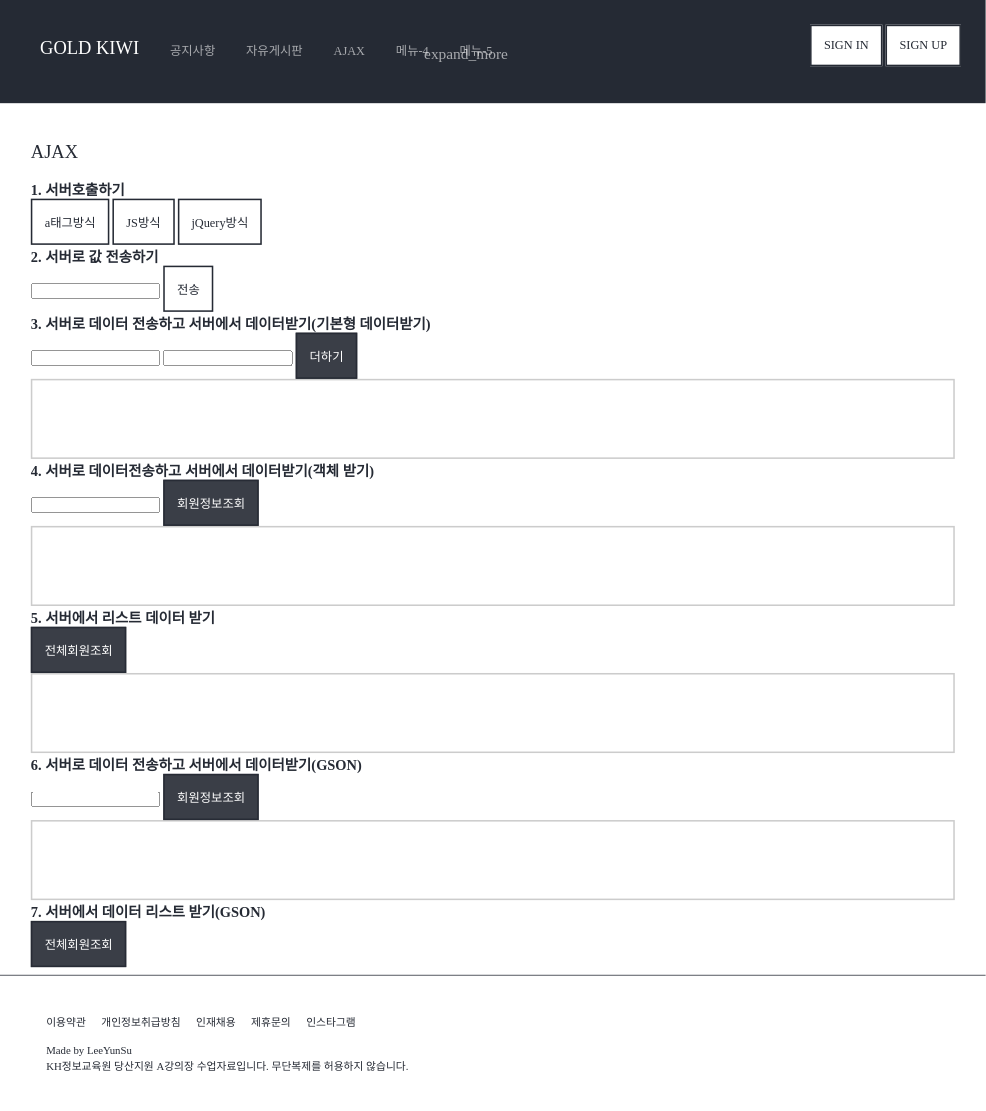
Repository: RiboKim/web-workspace
Page: http://localhost/07_mvc2WebProject/ajax.do
The author's editor kept a copy of each file at every save. The page is drawn from the files as they stood at one save, then again after the next save.
The browser window is 1280 px wide. The pictures show the whole page, at 77% of full size.
Some web fonts or font styles are not loaded; a fallback is used. The page is served by Tomcat 9. Other server files are loaded and not shown.

Above is the page before, as saved 2023-02-21 05:12:51.

### 07_mvc2WebProject/src/main/webapp/WEB-INF/views/etc/ajax.jsp
<%@ page language="java" contentType="text/html; charset=UTF-8"
    pageEncoding="UTF-8"%>
<!DOCTYPE html>
<html>
<head>
<meta charset="UTF-8">
<title>Insert title here</title>
<style>
	.ajaxResult{
		min-height: 100px;
		border : 2px solid #ccc;
	}
</style>
</head>
<body>
	<%@include file="/WEB-INF/views/common/header.jsp" %>
	<div class="page-content">
		<div class="page-title">AJAX</div>
		<h3>1. 서버호출하기</h3>
		<a class="btn bc11" href="/ajaxTest1.do">a태그방식</a>
		<button class="btn bc11" id="js">JS방식</button>
		<button class="btn bc11" id="jQ1">jQuery방식</button>

		<h3>2. 서버로 값 전송하기</h3>
		<input type="text">
		<button class="btn bc11" id="jQ2">전송</button>

		<h3>3. 서버로 데이터 전송하고 서버에서 데이터받기(기본형 데이터받기)</h3>
		<input type="text" id="su1">
		<input type="text" id="su2">
		<button class="btn bc1" id="jQ3">더하기</button>
		<p class="ajaxResult" id="result3"></p>

		<h3>4. 서버로 데이터전송하고 서버에서 데이터받기(객체 받기)</h3>
		<input type="text" id="input4">
		<button class="btn bc1" id="jQ4">회원정보조회</button>
		<p class="ajaxResult" id="result4"></p>

		<h3>5. 서버에서 리스트 데이터 받기</h3>
		<button class="btn bc1" id="jQ5">전체회원조회</button>
		<p class="ajaxResult" id="result5"></p>

		<h3>6. 서버로 데이터 전송하고 서버에서 데이터받기(GSON)</h3>
		<input type="text" id="input6">
		<button class="btn bc1" id="jQ6">회원정보조회</button>
		<p class="ajaxResult" id="result6"></p>

		<h3>7. 서버에서 데이터 리스트 받기(GSON)</h3>
		<button class="btn bc1" id="jQ7">전체회원조회</button>
	</div>
	<script>
		$("#js").on("click",function(){
			//javascript로 ajax를 이용한 서버호출방식
			//1.XMLHttpRequest객체 생성
			const xhttp = new XMLHttpRequest();
			//2.요청 정보 설정
			//method, url, 비동기여부
			xhttp.open("GET","/ajaxTest1.do",true);
			//3.서버 요청 처리에 따른 동작함수 지정
			xhttp.onreadystatechange = function(){
				if(this.readyState == 4 && this.status == 200){
					//요청이 모두 끝나고 && 정상적인 응답이 돌아온 경우
					console.log("서버 요청 성공!!");
				}else if(this.readyState == 4 && this.status == 404){
					//요청이 모두 끝나고 && 해당 페이지를 찾을 수 없는 경우
					console.log("주소를 찾을 수 없습니다.");
				}
			}
			//4.서버에 요청
			xhttp.send();
		});

		$("#jQ1").on("click",function(){
			$.ajax({
				url : "/ajaxTest1.do",
				type : "GET",
				success : function(){
					console.log("서버 호출 완료!!!!");
				},
				error : function(){
					console.log("에러발생");
				},
				complete : function(){
					console.log("무조건 호출");
				}
			});
		});

		$("#jQ2").on("click",function(){
			const input = $(this).prev();
			const inputValue = input.val();
			$.ajax({
				url : "/ajaxTest2.do",
				type : "get",
				data : {input1 : inputValue}, //input1이 key값이라고 생각하면 됨, 여러개 보내는것도 가능
				success : function(){
					console.log("서버로 데이터 전송 완료");
				},
				error : function(){
					console.log("에러발생");
				}
			});
		});
		$("#jQ3").on("click",function(){
			//input에 입력된 값 2개 가져다가
			// /ajaxTest3.do에 전송후 출력
			const su1 = $("#su1").val();
			const su2 = $(this).prev().val();
			$.ajax({
				url : "ajaxTest3.do",
				type : "post",
				data : {num1 : su1, num2 : su2},
				success : function(data){
					console.log(data, typeof data);
					$("#result3").text(su1+"+"+su2+"="+data);
					console.log("서버요청성공");

				},
				error : function(){
					console.log("서버요청 실패")
				}
			});
		});
		$("#jQ4").on("click",function(){
			const memberId = $("#input4").val();
			const result = $("#result4");
			result.empty();//데이터가 쌓이는걸 막는거 없는 아이디를 쳐도 데이터는 쌓이니까
			$.ajax({
				url : "/ajaxTest4.do",
				type : "get",
				data : {memberId : memberId},
				dataType : "JSON", //Servlet에 안 쓸거면 여기에 쓰면 됨
				success : function(data){
					if(data == null){
						result.append("회원 정보를 조회할 수 없습니다.");
					}else{
						result.append("아이디 : "+data.memberId+"<br>");
						result.append("이름 : "+data.memberName+"<br>");
						result.append("전화번호 : "+data.memberPhone+"<br>");
						result.append("주소 : "+data.memberAddr);
					}
				},
				error : function(){
					console.log("서버요청 실패")
				}
			});
		});
		$("#jQ5").on("click",function(){
			const result = $("#result5");
			result.empty();
			$.ajax({
				url : "/ajaxTest5.do",
				type : "get",
				dataType : "json",
				success : function(data){
					for(let i=0;i<data.length;i++){
						const div=$("<div></div>");
						div.append(data[i].memberId);
						div.append("/");
						div.append(data[i].memberName);
						div.append("/");
						div.append(data[i].memberPhone);
						div.append("/");
						div.append(data[i].memberAddr);
						div.append("/");
						result.append(div);
					}
				}
			});
		});
		$("#jQ6").on("click",function(){
			const memberId = $("#input6").val();
			const result = $("#result6");
			result.empty();
			$.ajax({
				url : "/ajaxTest6.do",
				type : "get",
				data : {memberId : memberId},
				dataType : "json",
				success : function(data){
					console.log(data);
				},
				error : function(){
					console.log("서버호출실패");
				}


			})
		});
	</script>
	<%@include file="/WEB-INF/views/common/footer.jsp" %>
</body>
</html>

### 07_mvc2WebProject/src/main/webapp/WEB-INF/views/common/header.jsp
<%@page import="kr.or.iei.member.model.vo.Member"%>
<%@ page language="java" contentType="text/html; charset=UTF-8"
    pageEncoding="UTF-8"%>
    <%
    	Member m = (Member)session.getAttribute("m");
    %>

	<!-- 구글 아이콘 -->
    <link href="https://fonts.googleapis.com/icon?family=Material+Icons" rel="stylesheet">
    <!-- jquery -->
    <script src="/js/jquery-3.6.0.js"></script>
    <!-- 기본 CSS -->
    <link rel="stylesheet" href="/css/default.css" />
    <!-- 기본 js -->
    <script src="/js/default.js"></script>

    <header>
      <div class="site-logo">
        <a href="/">GOLD KIWI</a>
      </div>
      <nav>
        <ul class="navi">
          <li><a href="/noticeList.do?requestPage=1">공지사항</a></li>
          <li><a href="/boardList.do">자유게시판</a></li>
          <li><a href="/ajax.do">AJAX</a></li>
          <li><a href="#">메뉴-4</a></li>
          <li>
			<a href="#">메뉴-5</a>
            <ul class="sub-navi">
              <li><a href="#">sub-1</a></li>
              <li><a href="#">sub-2</a></li>
              <li><a href="#">sub-3</a></li>
            </ul>
           </li>
        </ul>
      </nav>
      <div class="header-link">
      <%if(m == null){ %>
        <button class="btn bc11 modal-open-btn" target="#login-modal">SIGN IN</button>
        <a class="btn bc11" href="/signupFrm.do">SIGN UP</a>
      <%}else{ %>
      <%--<a class="btn bc11" href="/mypage1.do"><%=m.getMemberName() %></a> --%>
      <%--memberId를 mypage2.do로 넘겨주는거 --%>
      <a class="btn bc11" href="/mypage2.do?memberId=<%=m.getMemberId() %>"><%=m.getMemberName() %></a>

      <a class="btn bc11" href="/logout.do">LOGOUT</a>
      <%} %>
      </div>
    </header>
    <%if(m == null) {%>
    <div id="login-modal" class="modal-bg">
      <div class="modal-wrap">
        <div class="modal-head">
          <h2>SIGN IN</h2>
          <span class="material-icons close-icon modal-close">close</span>
        </div>
        <form action="/signin.do" method="post">
        <div class="modal-content">
          <div class="input-box">
          	<label for="signId">아이디</label>
          	<input type="text" name="signId" id="signId" class="input-form" placeholder="아이디입력">
          </div>
          <div class="input-box">
          	<label for="signPw">비밀번호</label>
          	<input type="password" name="signPw" id="signPw" class="input-form" placeholder="비밀번호입력">
          </div>
          <div class="input-box link-box">
          	<a href="#">아이디/비밀번호 찾기</a>
          </div>
        </div>
        <div class="modal-foot">
          <button type="submit" class="btn bc11">로그인</button>
          <button type="button" class="btn bc1 modal-close">취소</button>
        </div>
        </form>
      </div>
    </div>
    <%}%>

### 07_mvc2WebProject/src/main/webapp/WEB-INF/views/common/footer.jsp
<%@ page language="java" contentType="text/html; charset=UTF-8"
    pageEncoding="UTF-8"%>
	<footer>
      <div class="footer-content">
        <ul>
          <li><a href="#">이용약관</a></li>
          <li><a href="#">개인정보취급방침</a></li>
          <li><a href="#">인재채용</a></li>
          <li><a href="#">제휴문의</a></li>
          <li><a href="#">인스타그램</a></li>
        </ul>
        <p>Made by LeeYunSu</p>
        <p>
          KH정보교육원 당산지원 A강의장 수업자료입니다. 무단복제를 허용하지
          않습니다.
        </p>
      </div>
    </footer>

### 07_mvc2WebProject/src/main/java/kr/or/iei/ajax/controller/AjaxServlet.java
package kr.or.iei.ajax.controller;

import java.io.IOException;

import javax.servlet.RequestDispatcher;
import javax.servlet.ServletException;
import javax.servlet.annotation.WebServlet;
import javax.servlet.http.HttpServlet;
import javax.servlet.http.HttpServletRequest;
import javax.servlet.http.HttpServletResponse;

/**
 * Servlet implementation class AjaxServlet
 */
@WebServlet(name = "Ajax", urlPatterns = { "/ajax.do" })
public class AjaxServlet extends HttpServlet {
	private static final long serialVersionUID = 1L;

    /**
     * @see HttpServlet#HttpServlet()
     */
    public AjaxServlet() {
        super();
        // TODO Auto-generated constructor stub
    }

	/**
	 * @see HttpServlet#doGet(HttpServletRequest request, HttpServletResponse response)
	 */
	protected void doGet(HttpServletRequest request, HttpServletResponse response) throws ServletException, IOException {
		//1.인코딩
		request.setCharacterEncoding("utf-8");
		//2.값추출
		//3.비즈니스로직
		//4.결과처리
		RequestDispatcher view = request.getRequestDispatcher("/WEB-INF/views/etc/ajax.jsp");
		view.forward(request, response);
	}

	/**
	 * @see HttpServlet#doPost(HttpServletRequest request, HttpServletResponse response)
	 */
	protected void doPost(HttpServletRequest request, HttpServletResponse response) throws ServletException, IOException {
		// TODO Auto-generated method stub
		doGet(request, response);
	}

}

### 07_mvc2WebProject/src/main/webapp/css/default.css
/* 사용할 font 선언 */
@font-face {
  font-family: ns-thin;
  src: url(../font/NotoSansKR-Thin.otf);
}
@font-face {
  font-family: ns-light;
  src: url(../font/NotoSansKR-Light.otf);
}
@font-face {
  font-family: ns-m;
  src: url(../font/NotoSansKR-Medium.otf);
}
@font-face {
  font-family: ns-bold;
  src: url(../font/NotoSansKR-Bold.otf);
}
@font-face {
  font-family: ns-black;
  src: url(../font/NotoSansKR-Black.otf);
}
/*
    사이트 사용 색상
    balck : #252A34
    darkgray : #393E46
    lightgray : #EEEEEE
    dark-mint : #00ADB5
    mint : #08D9D6
    point-red : #FF2E63
    point-pink : #F85F73
    point-violet : #892CDC
*/
/* 전체태그 기본 margin, padding 제거 */
/* 기본 글씨 색 및 폰트 설정 */

* {
  margin: 0;
  padding: 0;
  color: #252a34;
  font-family: ns-m;
}
body {
  display: flex;
  flex-direction: column;
  min-height: 100vh;
}
/* 기본화면 레이아웃 */
a {
  text-decoration: none;
}
header {
  background-color: #252a34;
  padding: 32px;
  display: flex;
  min-width: 1200px;
}
header > *:not(.header-link) {
  float: left;
}
header > .site-logo {
  padding: 0px 20px;
}
header > .site-logo > a {
  color: #fff;
  font-family: ns-bold;
  font-size: 24px;
  line-height: 60px;
}
header > nav {
  flex-grow: 1;
}

header > nav > .navi {
  list-style-type: none;
}
header > nav > .navi > li {
  float: left;
  position: relative;
}
header > nav > .navi > li > a {
  display: block;
  color: rgba(255, 255, 255, 0.6);
  padding: 5px 20px;
  transition-duration: 0.5s;
  line-height: 60px;
}
header > nav > .navi > li:hover > a,
header > nav > .navi > li:hover > a + span {
  color: rgba(255, 255, 255, 1);
}
header > nav > .navi > li:hover > .sub-navi {
  display : block;
}
header > nav .sub-navi {
  position: absolute;
  background-color: #fff;
  list-style-type: none;
  display: none;
  border: 1px solid rgba(0, 0, 0, 0.2);
  left: 10px;
  min-width: 10rem;
}
header > nav .sub-navi > li {
  padding: 0.25rem 1rem;
}
header > nav .sub-navi > li > a {
  display: block;
}
header > nav .sub-navi > li:hover {
  background-color: rgba(0, 0, 0, 0.05);
}
.material-icons.dropdown {
  font-size: 20px;
  color: rgba(255, 255, 255, 0.6);
  position: absolute;
  right: 0px;
  top: 27px;
  transition-duration: 0.5s;
}
.material-icons.dropdown:hover {
  cursor: pointer;
}
.page-content {
  width: 1200px;
  margin: 30px auto;
  margin-bottom: 10px;
  flex-grow: 1;
}
.page-title {
  font-family: ns-bold;
  padding: 20px 0px;
  font-size: 1.5rem;
}
footer {
  padding: 50px;
  border-top: 1px solid #252a34;
}
footer > .footer-content {
  width: 1200px;
  margin: 0 auto;
  padding: 0px 10px;
}
footer > .footer-content * {
  font-size: 14px;
}
footer > .footer-content > ul {
  list-style-type: none;
  overflow: hidden;
  margin-bottom: 20px;
}
footer > .footer-content > ul > li {
  float: left;
}
footer > .footer-content > ul > li > a {
  padding-right: 20px;
}

/* font 클래스*/
.f-thin {
  font-family: ns-thin;
}
.f-light {
  font-family: ns-light;
}
.f-medium {
  font-family: ns-m;
}
.f-bold {
  font-family: ns-bold;
}
.f-black {
  font-family: ns-black;
}

/* 글씨 색 */
.fc-1 {
  color: #252a34;
}
.fc-2 {
  color: #393e46;
}
.fc-3 {
  color: #eeeeee;
}
.fc-4 {
  color: #00adb5;
}
.fc-5 {
  color: #08d9d6;
}
.fc-6 {
  color: #ff2e63;
}
.fc-7 {
  color: #f85f73;
}
.fc-8 {
  color: #892cdc;
}

/* 배경 색*/
.bg-1 {
  background-color: #252a34;
}
.bg-2 {
  background-color: #393e46;
}
.bg-3 {
  background-color: #eeeeee;
}
.bg-4 {
  background-color: #00adb5;
}
.bg-5 {
  background-color: #08d9d6;
}
.bg-6 {
  background-color: #ff2e63;
}
.bg-7 {
  background-color: #f85f73;
}
.bg-8 {
  background-color: #892cdc;
}

/* 테이블 디자인 */
.tbl {
  width: 100%;
  border-spacing: 0px;
  border-collapse: collapse;
}
.tbl th,
.tbl td {
  padding: 1rem;
  text-align: center;
}
.tbl .tr-1 {
  background-color: rgba(255, 255, 255, 1);
}
.tbl .tr-2 {
  background-color: rgba(57, 62, 70, 0.1);
}
.tbl .tr-3 {
  background-color: rgba(0, 173, 181, 0.1);
}
.tbl .tr-4 {
  background-color: rgba(137, 44, 220, 0.1);
}
.tbl .tr-5 {
  background-color: rgba(255, 46, 999, 0.1);
}
.tbl .td-1 {
  background-color: rgba(255, 255, 255, 1);
}
.tbl .td-2 {
  background-color: rgba(57, 62, 70, 0.1);
}
.tbl .td-3 {
  background-color: rgba(0, 173, 181, 0.1);
}
.tbl .td-4 {
  background-color: rgba(137, 44, 220, 0.1);
}
.tbl .td-5 {
  background-color: rgba(255, 46, 999, 0.1);
}
.tbl.tbl-hover .tr-1:hover {
  background-color: rgba(0, 0, 0, 0.05);
}
.tbl.tbl-hover .tr-2:hover {
  background-color: rgba(57, 62, 70, 0.15);
}
.tbl.tbl-hover .tr-3:hover {
  background-color: rgba(0, 173, 181, 0.15);
}
.tbl.tbl-hover .tr-4:hover {
  background-color: rgba(137, 44, 220, 0.15);
}
.tbl.tbl-hover .tr-5:hover {
  background-color: rgba(255, 46, 999, 0.15);
}

/* 버튼 디자인 */
.btn {
  border: none;
  padding: 1rem;
  display: inline-block;
  box-sizing: border-box;
  transition-duration: 0.5s;
  font-size: 16px;
  font-family: ns-light;
}
.bc1 {
  background-color: rgba(37, 42, 52, 0.9);
  color: #fff;
  border: 2px solid rgba(37, 42, 52, 0.9);
}
.bc1:hover {
  background-color: rgba(37, 42, 52, 1);
  cursor: pointer;
}
.bc2 {
  background-color: rgba(57, 62, 70, 0.9);
  color: #fff;
  border: 2px solid rgba(57, 62, 70, 0.9);
}
.bc2:hover {
  background-color: rgba(57, 62, 70, 1);
  cursor: pointer;
}
.bc3 {
  background-color: rgba(238, 238, 238, 0.9);
  color: #252a34;
  border: 2px solid rgba(238, 238, 238, 0.9);
}
.bc3:hover {
  background-color: rgba(238, 238, 238, 1);
  cursor: pointer;
}
.bc4 {
  background-color: rgba(0, 173, 181, 0.9);
  color: #fff;
  border: 2px solid rgba(0, 173, 181, 0.9);
}
.bc4:hover {
  background-color: rgba(0, 173, 181, 1);
  cursor: pointer;
}
.bc5 {
  background-color: rgba(8, 217, 214, 0.9);
  color: #fff;
  border: 2px solid rgba(8, 217, 214, 0.9);
}
.bc5:hover {
  background-color: rgba(8, 217, 214, 1);
  cursor: pointer;
}
.bc6 {
  background-color: rgba(255, 46, 99, 0.9);
  color: #fff;
  border: 2px solid rgba(255, 46, 99, 0.9);
}
.bc6:hover {
  background-color: rgba(255, 46, 99, 1);
  cursor: pointer;
}
.bc7 {
  background-color: rgba(248, 95, 115, 0.9);
  color: #fff;
  border: 2px solid rgba(248, 95, 115, 0.9);
}
.bc7:hover {
  background-color: rgba(248, 95, 115, 1);
  cursor: pointer;
}
.bc8 {
  background-color: rgba(137, 44, 220, 0.9);
  color: #fff;
  border: 2px solid rgba(137, 44, 220, 0.9);
}
.bc8:hover {
  background-color: rgba(137, 44, 220, 1);
  cursor: pointer;
}
.bc11 {
  color: rgba(37, 42, 52, 1);
  background-color: #fff;
  border: 2px solid rgba(37, 42, 52, 1);
}
.bc11:hover {
  background-color: rgba(37, 42, 52, 1);
  cursor: pointer;
  color: #fff;
}
.bc22 {
  color: rgba(57, 62, 70, 1);
  background-color: #fff;
  border: 2px solid rgba(57, 62, 70, 1);
}
.bc22:hover {
  background-color: rgba(57, 62, 70, 1);
  cursor: pointer;
  color: #fff;
}
.bc33 {
  color: rgba(37, 42, 52, 1);
  background-color: #fff;
  border: 2px solid rgba(238, 238, 238, 1);
}
.bc33:hover {
  background-color: rgba(238, 238, 238, 1);
  cursor: pointer;
  color: rgba(37, 42, 52, 1);
}
.bc44 {
  color: rgba(0, 173, 181, 1);
  background-color: #fff;
  border: 2px solid rgba(0, 173, 181, 1);
}
.bc44:hover {
  background-color: rgba(0, 173, 181, 1);
  color: #fff;
  cursor: pointer;
}
.bc55 {
  color: rgba(8, 217, 214, 1);
  background-color: #fff;
  border: 2px solid rgba(8, 217, 214, 1);
}
.bc55:hover {
  background-color: rgba(8, 217, 214, 1);
  color: #fff;
  cursor: pointer;
}
.bc66 {
  color: rgba(255, 46, 99, 1);
  background-color: #fff;
  border: 2px solid rgba(255, 46, 99, 1);
}
.bc66:hover {
  background-color: rgba(255, 46, 99, 1);
  color: #fff;
  cursor: pointer;
}
.bc77 {
  color: rgba(248, 95, 115, 1);
  background-color: #fff;
  border: 2px solid rgba(248, 95, 115, 1);
}
.bc77:hover {
  background-color: rgba(248, 95, 115, 1);
  color: #fff;
  cursor: pointer;
}
.bc88 {
  color: rgba(137, 44, 220, 1);
  background-color: #fff;
  border: 2px solid rgba(137, 44, 220, 1);
}
.bc88:hover {
  background-color: rgba(137, 44, 220, 1);
  color: #fff;
  cursor: pointer;
}
.bs1 {
  padding: 1rem;
}
.bs2 {
  padding: 1.5rem;
  font-size: 1.1em;
}
.bs3 {
  padding: 2rem;
  font-size: 1.2em;
}
.bs4 {
  width: 100%;
  padding: 2rem;
  font-size: 1.2em;
}
/* input 디자인 */
.input-form {
  width: 100%;
  display: block;
  padding: 0.8rem;
  background-color: #fff;
  outline: none;
  border: 1px solid #ccc;

  box-sizing: border-box;
}
.input-form:focus {
  box-shadow: 0 0 0 0.1rem #eee;
}

textarea.input-form {
  resize: none;
  min-height: 300px;
}
.input-form:read-only:not(select),
.input-form:disabled {
  background-color: #f7f7f9;
}
/* 페이징 디자인 */
.pagination {
  list-style-type: none;
  display: flex;
  justify-content: center;
  align-items: center;
}
.pagination > li {
  width: 40px;
  height: 40px;
  text-align: center;
  line-height: 40px;
  overflow: hidden;
}
.pagination.circle-style > li {
  border-radius: 50%;
}
.pagination > li > a.page-item {
  display: block;
  width: 100%;
  height: 100%;
  font-size: 18px;
}
.pagination > li > a.page-item > span.material-icons {
  display: block;
  width: 100%;
  height: 100%;
  line-height: 40px;
}
.pagination .page-item.active-page {
  background-color: #252a34;
  color: #fff;
}
/*게시물 표현*/
.posting-wrap {
  display: flex;
  flex-wrap: wrap;
}
.posting-wrap .posting-item {
  box-sizing: border-box;
  width: calc(100% / 5);
  padding: 20px;
}
.posting-wrap .posting-item .posting-img img {
  width: 100%;
  height: 200px;
}
.posting-wrap .posting-item .posting-content {
  width: 80%;
  margin: 0 auto;
}
.posting-wrap .posting-item:hover {
  box-shadow: 0 2px 10px 0 rgba(0, 0, 0, 0.2);
}
/* 댓글 */
.posting-comment {
  display: flex;
  border-top: 2px solid #ccc;

  list-style-type: none;
}
.posting-comment > li {
  box-sizing: border-box;
}
.posting-comment > li:first-child {
  width: 15%;
  display: flex;
  justify-content: center;
  align-items: center;
  min-height: 100px;
  border-right: 1px solid #ccc;
}
.posting-comment.reply > li:first-child {
  width: 20%;
}
.posting-comment > li:first-child .material-icons {
  font-size: 80px;
  color: #ccc;
}
.posting-comment.reply > li:first-child .material-icons:first-child {
  font-size: 40px;
  color: #ccc;
}
.posting-comment.reply > li:last-child {
  display: flex;
  flex-direction: column;
  width: 80%;
}
.posting-comment > li:last-child {
  display: flex;
  flex-direction: column;
  width: 85%;
}
.posting-comment > li:last-child > p {
  width: 100%;
  padding: 5px;
  box-sizing: border-box;
}
.posting-comment > li:last-child > .comment-info > span {
  padding: 0px 10px;
}
.posting-comment > li:last-child > .comment-info > span:not(:last-child) {
  border-right: 2px solid #ccc;
}
.posting-comment > li:last-child > .comment-content {
  padding: 0px 15px;
}
.posting-comment > li:last-child > .comment-link {
  text-align: right;
}
.posting-comment > li:last-child > .comment-link > a {
  margin: 0px 5px;
}
.posting-comment > li:last-child > .comment-link > a:hover {
  text-decoration: underline;
}

/*모달*/
.modal-bg {
  background-color: rgba(0, 0, 0, 0.3);
  position: fixed;
  width: 100%;
  height: 100vh;
  display: none;
  align-items: center;
  flex-direction: column;
}
.modal-wrap {
  margin-top: 150px;
  width: 600px;
  background: #fff;
  height: auto;
}
.modal-wrap div {
  padding: 1rem;
}
.modal-wrap div:not(:last-child) {
  border-bottom: 1px solid #ccc;
}
.modal-wrap .modal-foot {
  text-align: right;
}
.modal-wrap div.modal-head {
  position: relative;
}
.close-icon {
  position: absolute;
  top: 16px;
  right: 16px;
  font-size: 30px;
}
.close-icon:hover {
  cursor: pointer;
}

### 07_mvc2WebProject/src/main/webapp/js/default.js
$(function () {
  $(document).on("click", ".modal-open-btn", function () {
    $($(this).attr("target")).css("display", "flex");
  });
  $(document).on("click", ".modal-close", function () {
    $(this).parents(".modal-wrap").parent().css("display", "none");
  });
  $(".sub-navi").prev().after("<span class='material-icons dropdown'>expand_more</span>");
});
function alertFunc(icon){
	swal({
        title: '제목',
        text: '내용내용내용',
        icon: icon
      });
      //이후 페이지 이동 시 추가
      /*
      .then(function(){
    	 window.location = "${loc}";
      });
      */
}

Loaded but not shown: 07_mvc2WebProject/src/main/webapp/js/jquery-3.6.0.js (library)

After the next save:
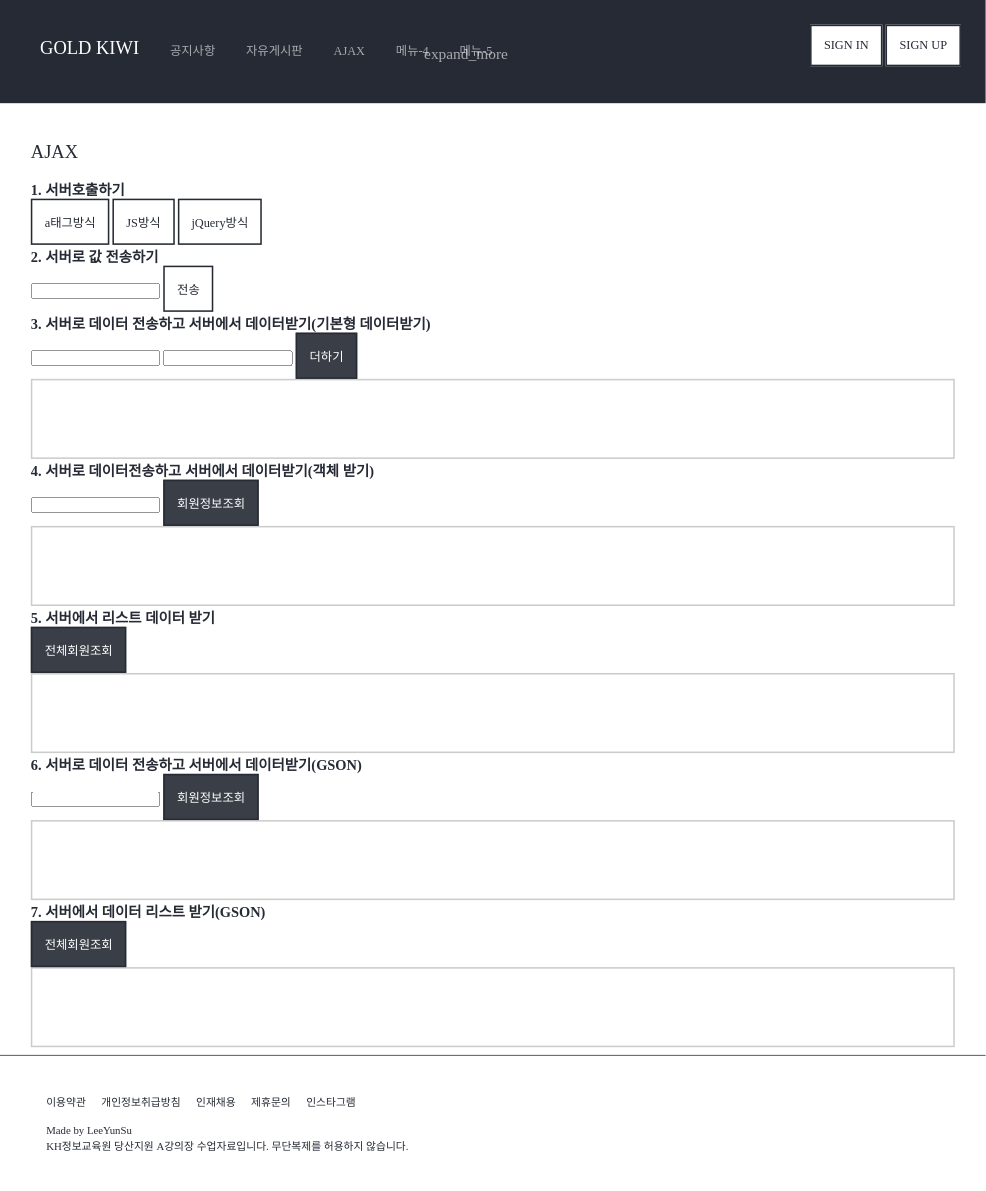
Saved 15 s later.
--- a/07_mvc2WebProject/src/main/webapp/WEB-INF/views/etc/ajax.jsp
+++ b/07_mvc2WebProject/src/main/webapp/WEB-INF/views/etc/ajax.jsp
@@ -47,6 +47,7 @@
 
 		<h3>7. 서버에서 데이터 리스트 받기(GSON)</h3>
 		<button class="btn bc1" id="jQ7">전체회원조회</button>
+		<p class="ajaxResult" id="result7"></p>
 	</div>
 	<script>
 		$("#js").on("click",function(){
